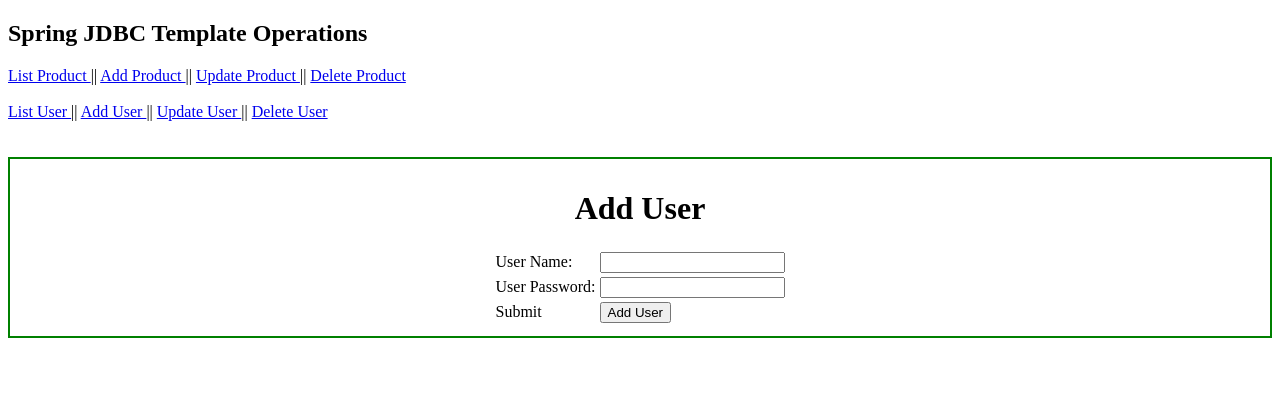
Repository: AnushkaSharma9/Make-an-E-commerce-Website-For-SportyShoes-sportyshoes
Page: http://localhost/phase3-Project-SportyShoes-Webappplication/WEB-INF/view/add-user.jsp
An editor plug-in stored every save of this project. The page is shown before and after the next save, followed by the edit.
The browser window is 1280 px wide. The pictures show the whole page.
The page is served by Tomcat 9. Nobody is signed in. Other server files are loaded and not shown. The template is opened directly, without the code that normally fills it, so the values that code supplies are empty.

Above is the page before, as saved 2021-10-25 09:43:31.

### phase3-Project-SportyShoes-Webappplication/src/main/webapp/WEB-INF/view/add-user.jsp
<%@ page language="java" contentType="text/html; charset=UTF-8"
	pageEncoding="UTF-8"%>
<%@ taglib uri="http://www.springframework.org/tags/form" prefix="form"%>
<%@ taglib uri="http://java.sun.com/jsp/jstl/core" prefix="core"%>

<!DOCTYPE html>
<html>
<head>
<meta charset="UTF-8">
<title>Add User</title>
</head>
<body>

	<jsp:include page="index.jsp"></jsp:include>

	<div align="center" style="border: 2px solid green;padding :10px;" >
		<h1>Add User</h1>
		<form:form action="add-user" method="post" modelAttribute="eProduct" >
			<table border="0">
				<tr>
					<td>User Name:</td>
					<td><form:input path="username" /></td>
				</tr>

				<tr>
					<td>User Password:</td>
					<td><form:input path="password" /></td>
				</tr>


				<tr>
					<td>Submit</td>
					<td><input type="submit" value="Add User" /></td>
				</tr>
			</table>
		</form:form>
	</div>
</body>
</html>

### phase3-Project-SportyShoes-Webappplication/src/main/webapp/WEB-INF/view/index.jsp
<html>
<body>
	<h2>Spring JDBC Template Operations</h2>
	<a href="list-products"> List Product </a> ||
	<a href="add-product"> Add Product </a>  ||
	<a href="update-product"> Update Product </a>||
   	<a href="delete-product"> Delete Product </a>

   	<br><br>
   	<a href="list-users"> List User </a> ||
	<a href="add-user"> Add User </a>  ||
	<a href="update-user"> Update User </a>||
   	<a href="delete-user"> Delete User </a>


	<br><br><br>
</body>
</html>

After the next save:
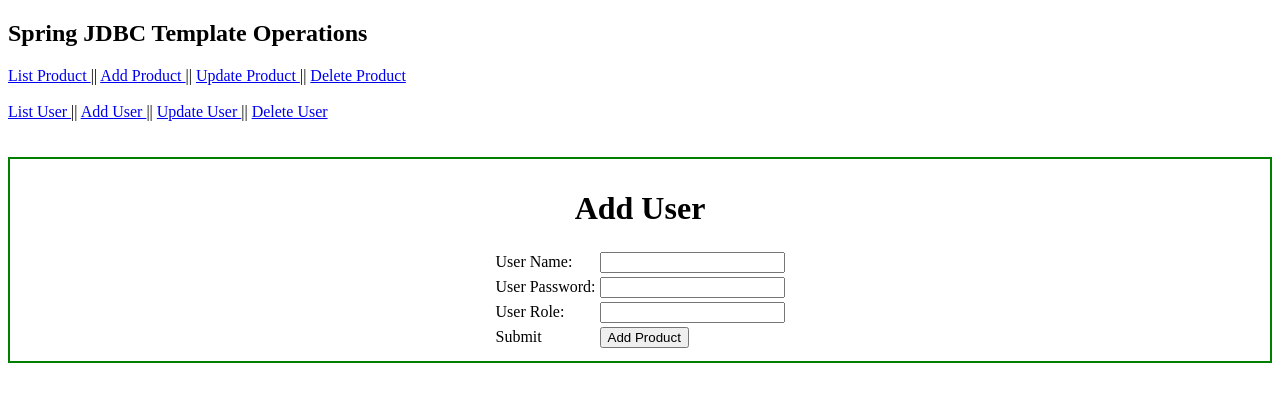
Saved 68 s later.
--- a/phase3-Project-SportyShoes-Webappplication/src/main/webapp/WEB-INF/view/add-user.jsp
+++ b/phase3-Project-SportyShoes-Webappplication/src/main/webapp/WEB-INF/view/add-user.jsp
@@ -27,10 +27,14 @@
 					<td><form:input path="password" /></td>
 				</tr>
 
+				<tr>
+					<td>User Role:</td>
+					<td><form:input path="role" /></td>
+				</tr>
 
 				<tr>
 					<td>Submit</td>
-					<td><input type="submit" value="Add User" /></td>
+					<td><input type="submit" value="Add Product" /></td>
 				</tr>
 			</table>
 		</form:form>
